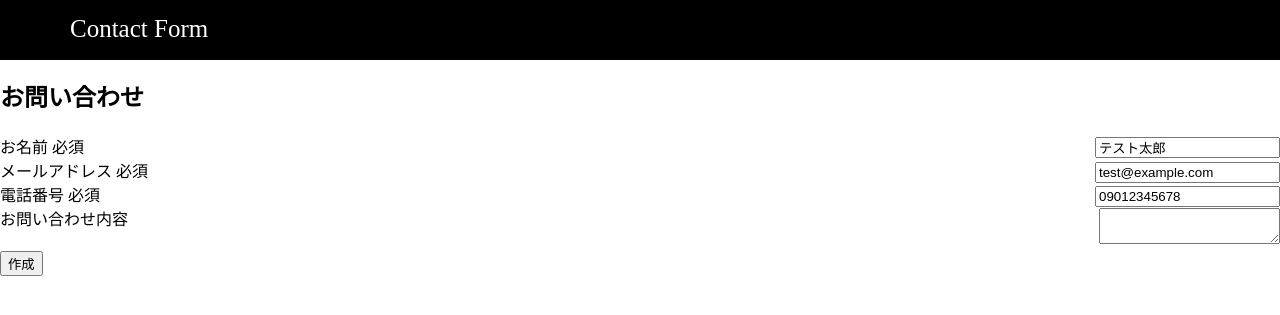
Repository: mayu-ya/my-contact-form
Page: http://localhost/
The author's editor kept a copy of each file at every save. The page is drawn from the files as they stood at one save, then again after the next save.
The browser window is 1280 px wide. The pictures show the whole page.
The page is served by the project's Laravel application, run on PHP 8.4 with Laravel 8.

Above is the page before, as saved 2025-12-31 22:56:29.

After the next save:
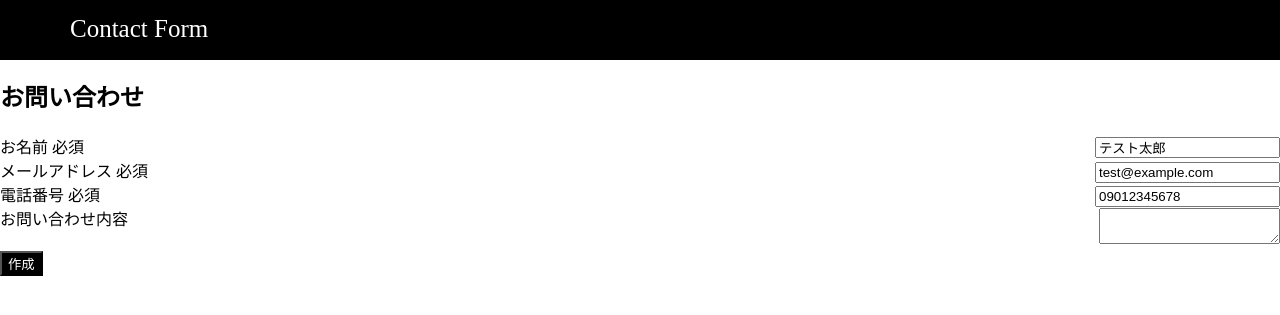
Saved 100 s later.
--- a/src/public/css/index.css
+++ b/src/public/css/index.css
@@ -2,3 +2,11 @@
     display: flex;
     justify-content: space-between;
 }
+
+.form-button {
+}
+
+.form-button_create {
+    color: white;
+    background: black;
+}
